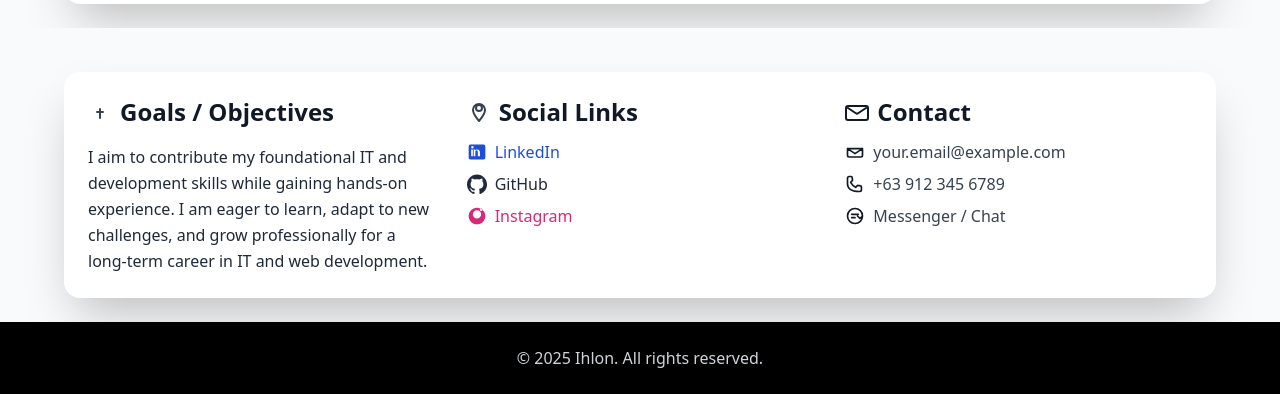
Repository: MeekSharkdev/cv-portfolio
Page: index.html
These files come from the project's save history. The page is drawn as it stood at one moment and after the next save; the edit follows.
The browser window is 1280 px wide. The pictures show the part of the page from y = 2336 to 2892 px (the page is 2730 px tall before and 2892 px after).
A picture or video elsewhere on the page could not be fetched, so the positions and the page height are approximate.

Above is the page before, as saved 2026-01-31 21:16:45.
Not found: styles.css

After the next save:
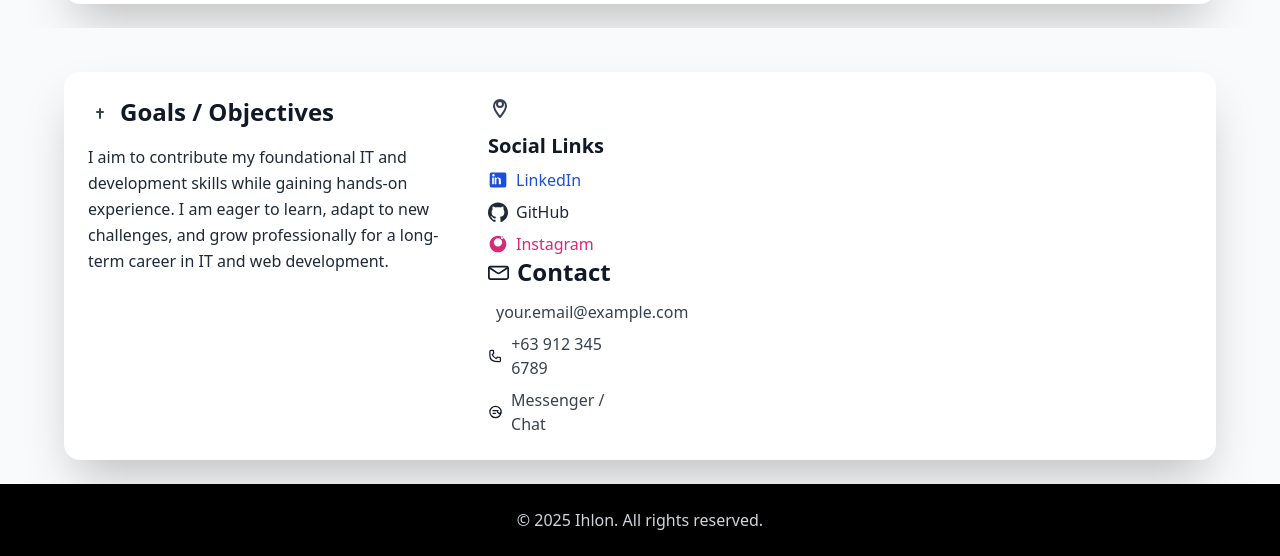
Saved 6 min 4 s later.
--- a/index.html
+++ b/index.html
@@ -391,13 +391,14 @@
             <path stroke-linecap="round" stroke-linejoin="round" stroke-width="2"
                 d="M12 21s-6-7-6-11a6 6 0 1112 0c0 4-6 11-6 11z" />
         </svg>
-        Social Links
-    </h2>
+    <h2 class="text-xl font-bold mb-2">Social Links</h2>
 
     <div class="flex flex-col gap-2">
-        <a href="https://linkedin.com/in/yourprofile" target="_blank"
+
+        <!-- LinkedIn -->
+        <a href="https://www.linkedin.com/in/ihlon-gyve-nogot-b448232b7" target="_blank"
             class="flex items-center gap-2 text-blue-700 hover:underline">
-            <!-- LinkedIn simplified icon -->
+            <!-- LinkedIn icon -->
             <svg xmlns="http://www.w3.org/2000/svg" class="h-5 w-5" fill="currentColor" viewBox="0 0 24 24">
                 <path
                     d="M4 3a2 2 0 00-2 2v14a2 2 0 002 2h16a2 2 0 002-2V5a2 2 0 00-2-2H4zm4 14H5v-8h3v8zm-1.5-9.268a1.5 1.5 0 110-3 1.5 1.5 0 010 3zm9.5 9.268h-3v-4.5c0-1.2-.02-2.75-1.5-2.75s-1.5 1.42-1.5 2.667V17h-3v-8h2.8v1.2h.04c.4-.7 1.3-1.2 2.46-1.2 2.64 0 3.2 1.74 3.2 4V17z" />
@@ -405,9 +406,10 @@
             LinkedIn
         </a>
 
-        <a href="https://github.com/yourprofile" target="_blank"
+        <!-- GitHub -->
+        <a href="https://github.com/MeekSharkdev" target="_blank"
             class="flex items-center gap-2 text-gray-800 hover:underline">
-            <!-- GitHub simplified icon -->
+            <!-- GitHub icon -->
             <svg xmlns="http://www.w3.org/2000/svg" class="h-5 w-5" fill="currentColor" viewBox="0 0 24 24">
                 <path
                     d="M12 .5C5.373.5 0 5.873 0 12.5c0 5.3 3.438 9.8 8.205 11.387.6.111.82-.261.82-.577 0-.285-.01-1.04-.017-2.042-3.338.724-4.042-1.61-4.042-1.61-.546-1.387-1.333-1.756-1.333-1.756-1.088-.744.083-.729.083-.729 1.205.085 1.839 1.238 1.839 1.238 1.07 1.834 2.809 1.304 3.495.997.108-.775.417-1.305.762-1.605-2.665-.303-5.466-1.333-5.466-5.933 0-1.31.468-2.381 1.235-3.221-.124-.303-.536-1.523.117-3.176 0 0 1.008-.322 3.3 1.23.957-.266 1.983-.399 3.003-.404 1.02.005 2.047.138 3.006.404 2.289-1.552 3.295-1.23 3.295-1.23.655 1.653.243 2.873.12 3.176.77.84 1.233 1.911 1.233 3.221 0 4.61-2.803 5.625-5.475 5.922.43.371.813 1.102.813 2.222 0 1.604-.015 2.897-.015 3.293 0 .319.216.694.825.576C20.563 22.3 24 17.805 24 12.5 24 5.873 18.627.5 12 .5z" />
@@ -415,17 +417,19 @@
             GitHub
         </a>
 
-        <a href="https://instagram.com/yourprofile" target="_blank"
+        <!-- Instagram -->
+        <a href="https://www.instagram.com/iam_meeeeek/" target="_blank"
             class="flex items-center gap-2 text-pink-600 hover:underline">
-            <!-- Instagram simplified icon -->
+            <!-- Instagram icon -->
             <svg xmlns="http://www.w3.org/2000/svg" class="h-5 w-5" fill="currentColor" viewBox="0 0 24 24">
                 <path
                     d="M12 2C6.477 2 2 6.477 2 12s4.477 10 10 10 10-4.477 10-10S17.523 2 12 2zm0 3a5 5 0 110 10 5 5 0 010-10zm6.5-.5a1.5 1.5 0 11-3 0 1.5 1.5 0 013 0z" />
             </svg>
             Instagram
         </a>
+
     </div>
-</div>
+
 
             <!-- Contact Info -->
         <div class="md:w-1/3">
